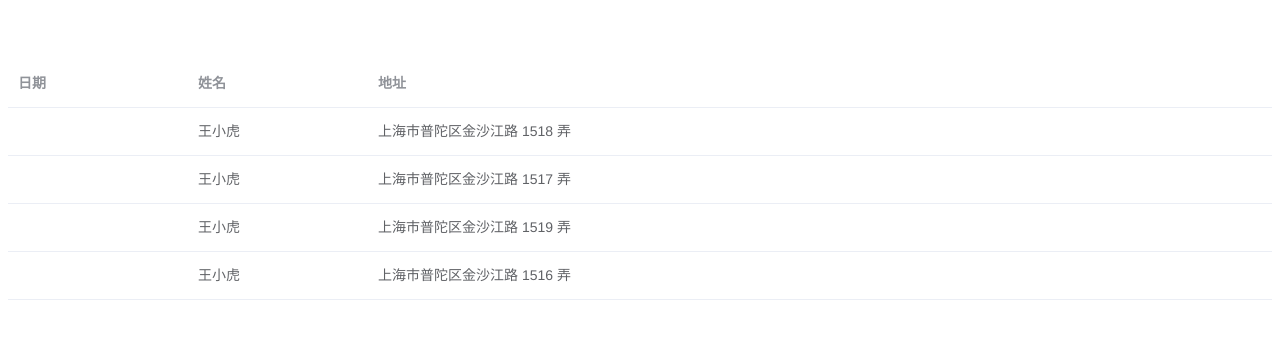
Repository: tianyige21/course-vue
Page: /#/machinedata
The author's editor kept a copy of each file at every save. The page is drawn from the files as they stood at one save, then again after the next save.
The browser window is 1280 px wide. The pictures show the whole page.
The page's requests for data from a server got no answer. The project was rebuilt for these pictures with package versions that can differ from the ones it lists, and the page was loaded fresh each time. No one was signed in, and anything a server would have sent is missing. Also part of the build but not shown: vue.config.js, src/views/test.vue, src/views/home.vue.

Above is the page before, as saved 2021-10-20 15:28:31.

### src/main.js
import Vue from 'vue'
import App from './App.vue'
import router from '../src/router'
import store from '@/store/index.js'
import axios from 'axios'
import ElementUI from 'element-ui'
import "element-ui/lib/theme-chalk/index.css";


Vue.config.productionTip = false


Vue.prototype.$axios = axios

Vue.use(ElementUI)

new Vue({
  render: h => h(App),
  router,
  store
}).$mount('#app')

### src/App.vue
<template>
  <div id="app">
    <!-- 这个是 -->
    <router-view></router-view>
  </div>
</template>

<script>
export default {
  name: 'App',
  components: {
  }
}
</script>

<style>
#app {
  font-family: Avenir, Helvetica, Arial, sans-serif;
  -webkit-font-smoothing: antialiased;
  -moz-osx-font-smoothing: grayscale;
  text-align: center;
  color: #2c3e50;
  margin-top: 60px;
}
</style>

### src/router/index.js


import Vue from 'vue'
import Router from 'vue-router'
import Test from '@/views/test.vue';
import Home from '@/views/home.vue'
// import MachineData from '@/views/machineData.vue'

Vue.use(Router)

export default new Router({
  routes: [{
    path: '/',
    name: 'Home',
    component: Home
  },
  {
    path: '/test',
    name: 'test',
    component: Test
  },
  {
    path: '/machinedata',
    name: 'machineData',
    component:() => import('../views/machineData.vue')
  }]
})

### src/store/index.js
import Vue from 'vue'
import Vuex from 'vuex'

Vue.use(Vuex)

export default new Vuex.Store({
  state: {},
  mutations: {},
  actions: {},
  modules: {},
})

### src/views/machineData.vue
<!--  -->
<template>
  <div>
    <el-table :data="tableData"
              style="width: 100%">
      <el-table-column prop="date"
                       label="日期"
                       width="180">
      </el-table-column>
      <el-table-column prop="name"
                       label="姓名"
                       width="180">
      </el-table-column>
      <el-table-column prop="data"
                       label="地址">
      </el-table-column>
    </el-table>

  </div>
</template>

<script>
export default {
  name: 'MachineData',
  props: {
  },
  data () {
    return {
      tableData: [{
        name: '王小虎',
        data: '上海市普陀区金沙江路 1518 弄'
      }, {
        name: '王小虎',
        data: '上海市普陀区金沙江路 1517 弄'
      }, {
        name: '王小虎',
        data: '上海市普陀区金沙江路 1519 弄'
      }, {
        name: '王小虎',
        data: '上海市普陀区金沙江路 1516 弄'
      }]
    }
  },
  components: {

  },
  computed: {

  },
  watch: {

  },
  methods: {
    async getData () {
      this.$axios({
        method: "get",
        url: "/practice/host_usage/"  // 直接请求  http://localhost:8000 回报跨域报错
      }).then(response => {
        //这里使用了ES6的语法
        console.log(response.data); //请求成功返回的数据
       this.tableData =  this.mapToArray(response.data.data)
      });

    },
    mapToArray (map) {
      let newArr = []
      Object.keys(map).forEach((key) => {
        newArr.push({
          name: key,
          data: map[key]
        })
      })
      return newArr
    }
  },
  beforeMount () {

  },
  mounted () {
    this.getData()
  },
  activated () {

  }
}
</script>
<style>
/* @import url(); 引入css类 */
</style>

Loaded but not shown: public/index.html (common file)

After the next save:
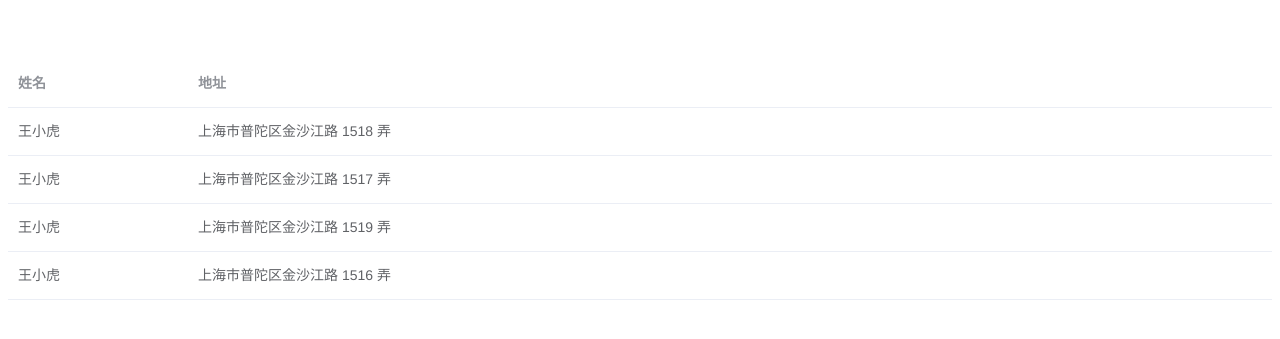
Saved 6 s later.
--- a/src/views/machineData.vue
+++ b/src/views/machineData.vue
@@ -3,10 +3,6 @@
   <div>
     <el-table :data="tableData"
               style="width: 100%">
-      <el-table-column prop="date"
-                       label="日期"
-                       width="180">
-      </el-table-column>
       <el-table-column prop="name"
                        label="姓名"
                        width="180">
